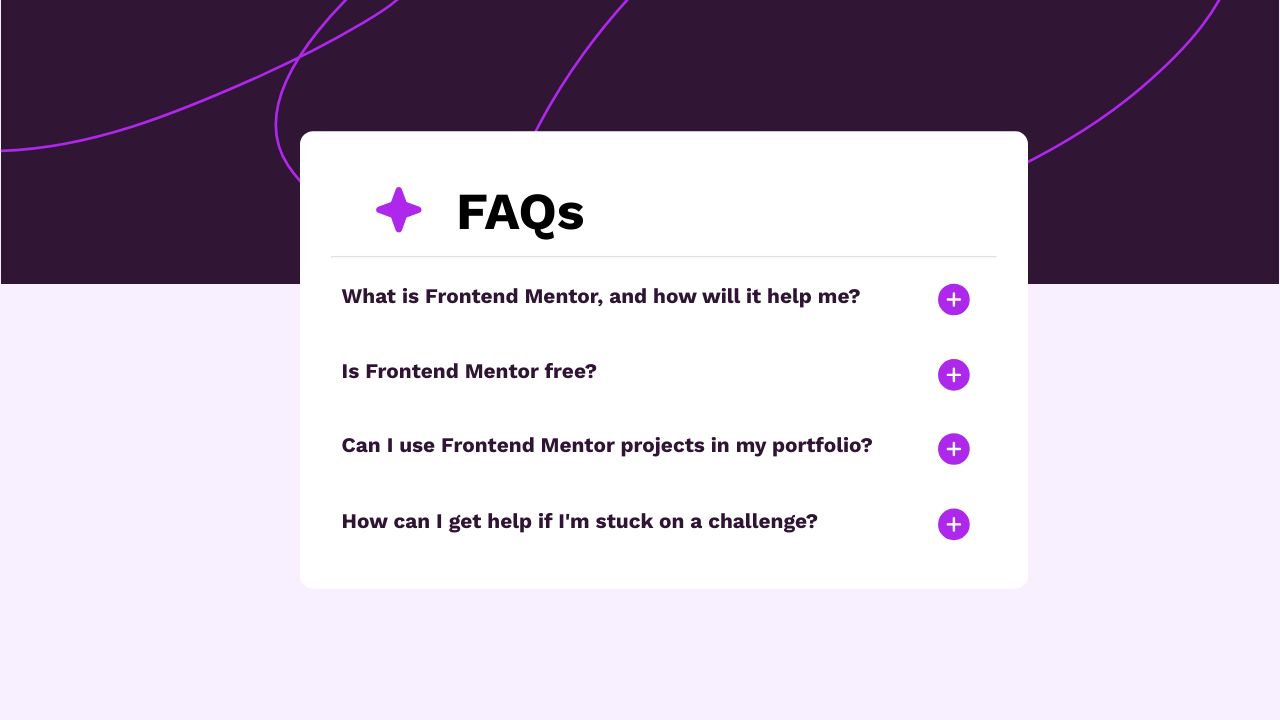
Repository: imokha01/accordion-main
Page: index.html
These files come from the project's save history. The page is drawn as it stood at one moment and after the next save; the edit follows.
The browser window is 1280 px wide. The pictures show the whole page.

Above is the page before, as saved 2023-12-28 00:02:57.

After the next save:
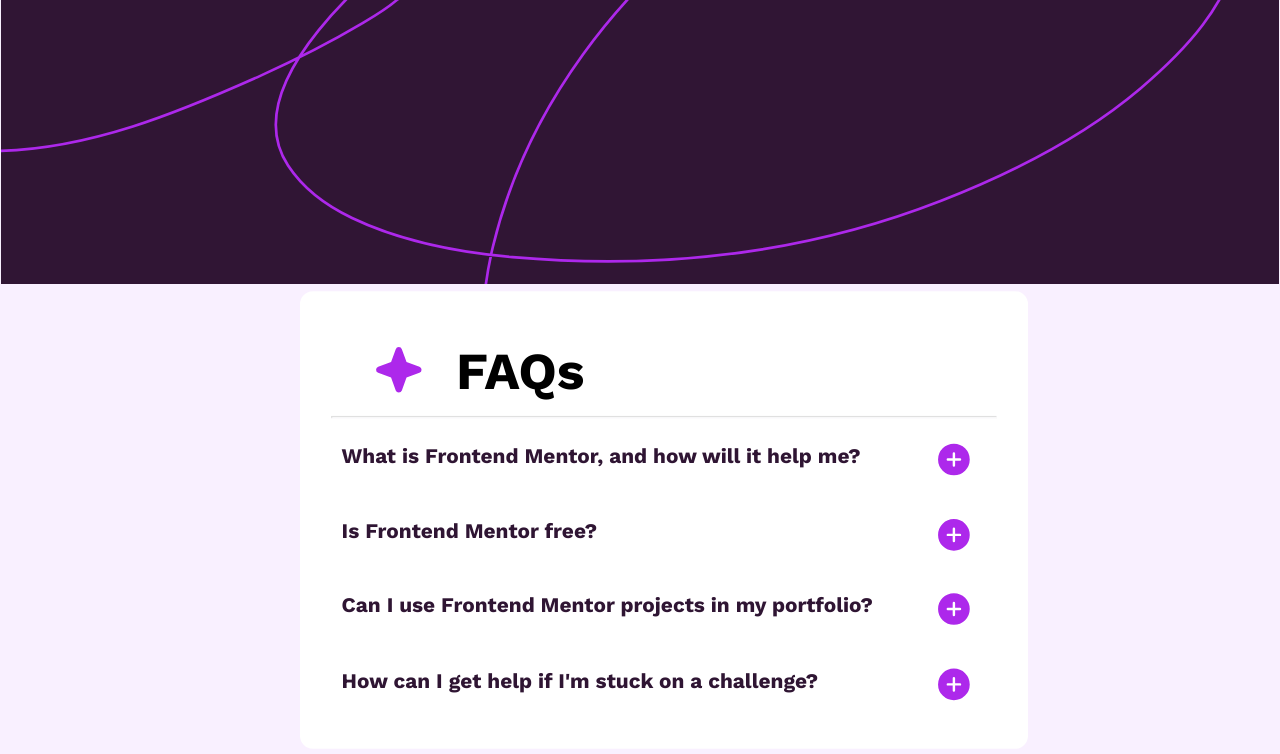
Saved 8 s later.
--- a/index.css
+++ b/index.css
@@ -51,7 +51,7 @@
     padding: inherit;
     width: inherit;
     overflow: hidden;
-    margin-top: 10rem;
+    margin-top: 20rem;
     transition: height 0.5s ease-in 1ms;
     overflow: hidden;
     transform: scale(1.3);
